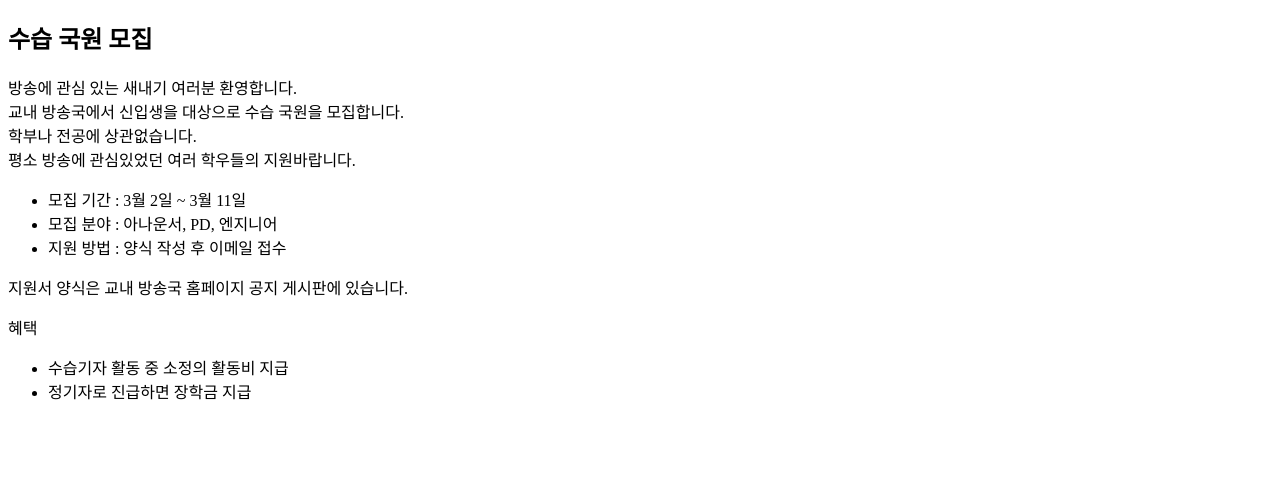
Repository: jinaa11/Kcc_Web
Page: Html/WebContent/mission.html
These files come from the project's save history. The page is drawn as it stood at one moment and after the next save; the edit follows.
The browser window is 1280 px wide. The pictures show the whole page.

Above is the page before, as saved 2024-07-08 05:11:40.

### Html/WebContent/mission.html
<!DOCTYPE html>
<html>
<head>
<meta charset="UTF-8">
<title>Insert title here</title>
</head>
<body>
<h2>수습 국원 모집</h2>
방송에 관심 있는 새내기 여러분 환영합니다.<br>
교내 방송국에서 신입생을 대상으로 수습 국원을 모집합니다. <br>학부나 전공에 상관없습니다.<br>
평소 방송에 관심있었던 여러 학우들의 지원바랍니다.<p>

<ul>
<li>모집 기간 : 3월 2일 ~ 3월 11일</li>
<li>모집 분야 : 아나운서, PD, 엔지니어</li>
<li>지원 방법 : 양식 작성 후 이메일 접수</li>
</ul>
지원서 양식은 교내 방송국 홈페이지 공지 게시판에 있습니다.<p>

혜택<br>
<ul>
<li>수습기자 활동 중 소정의 활동비 지급</li>
<li>정기자로 진급하면 장학금 지급</li>
</ul>
</body>
</html>

After the next save:
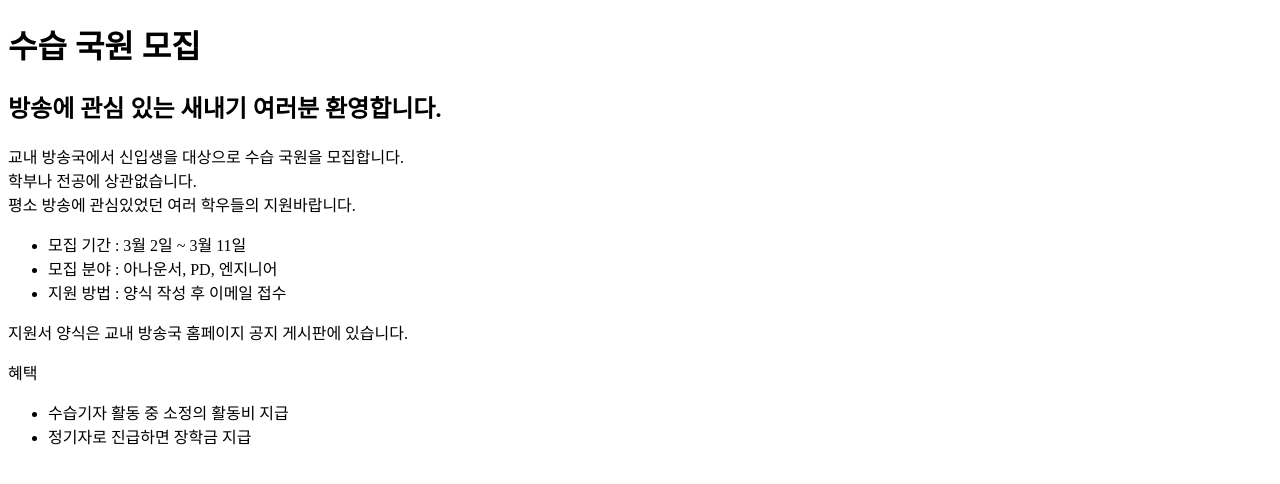
Saved 53 s later.
--- a/Html/WebContent/mission.html
+++ b/Html/WebContent/mission.html
@@ -5,8 +5,8 @@
 <title>Insert title here</title>
 </head>
 <body>
-<h2>수습 국원 모집</h2>
-방송에 관심 있는 새내기 여러분 환영합니다.<br>
+<h1>수습 국원 모집</h1>
+<h2>방송에 관심 있는 새내기 여러분 환영합니다.</h2>
 교내 방송국에서 신입생을 대상으로 수습 국원을 모집합니다. <br>학부나 전공에 상관없습니다.<br>
 평소 방송에 관심있었던 여러 학우들의 지원바랍니다.<p>
 
